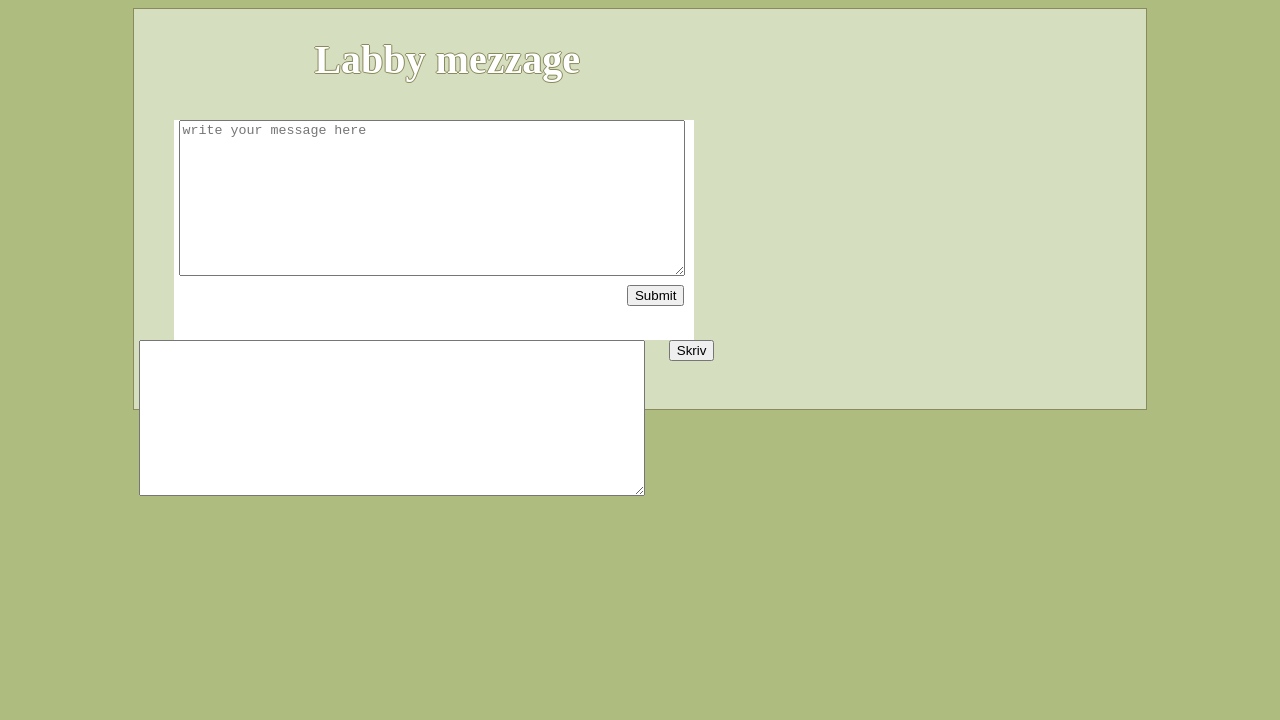
Repository: JuliaSivartsson/1dv403-jsigc09-laborationer
Page: 2-labbymezzage/Extraupgift/index.html
The author's editor kept a record of every edit. The page is drawn from the files as they stood at one moment, then again after the next edit.
The browser window is 1280 px wide. The pictures show the whole page.

Above is the page before.
Console error (its wording comes from the project's code and is left out).

### 2-labbymezzage/Extraupgift/index.html
<!DOCTYPE html>
<html lang="sv">
<head>
	<meta charset="UTF-8" />
    <link rel="stylesheet" type="text/css" href="css/style.css">
 	<title>Labby message</title>
</head>
    <body>
        <div id="content">
            <h1>Labby mezzage</h1>

            <div id="board1">
            <div id="text">
                <div id="count" class="right"></div>
                <form action="post" name="form">
                    <textarea id="messagearea" name="messagearea" placeholder="write your message here"></textarea>
                    <input id="sendmessage" class="right button" type="button" value="Submit">
                </form>
            </div>
            <div id="viewmessages">


            </div>
        </div>

    	  <script src="js/MessageBoard.js"></script>
    	  <script src="js/Message.js"></script>

    </body>
<footer>
    <p>Developed by Julia Sivartsson</p>
</footer>
</html>

### 2-labbymezzage/Extraupgift/css/style.css
body{
    background-color: #AEBC80;
       font-family: serif;
       color: #8A8A5C;
}

h1{
   color: #fff;
   margin-left: 180px;
   font-size: 40px;
    text-shadow: -1px 0 #8A8A5C, 0 1px #8A8A5C, 1px 0 #8A8A5C, 0 -1px #8A8A5C;
}

#content{
    width: 80%;
    height: 400px;
    margin: 0 auto;
    border: 1px solid #8A8A5C;
    background-color: #D6DEC0;

}

#board1{
    float: left;
}

#board2{
    float: right;
}

#text{
    width: 520px;
    height: 220px;
    background-color: #fff;
    margin: 10px 20px 0 40px;
}

#text p{
    font-size: 15px;
    margin: 0 30px;
    padding-top: 10px;
}

#viewmessages{
    background-color: #D6DEC0;
    padding-left: 10px;
}

textarea{
    margin: 0 5px 5px;
    width: 500px;
    height: 150px;
}

footer{
    position: relative;
    top: -330px;
    width: 500px;
    height: 30px;
    margin: 0 auto;
}

footer p{
    font-size: 12px;
    font-style: italic;
    text-align: center;
}

.right{
    float: right;
    margin-right: 10px;
}

.button{
    float: right;
}

span{
    font-size: 10px;
}

### 2-labbymezzage/Extraupgift/js/MessageBoard.js
"use strict";

window.onload = function(){
    new MessageBoard("board1");
    new MessageBoard("board2");
    };

function MessageBoard(containerId){
    this.rootId = document.getElementById(containerId);
    this.messages = [];

    //Run methods on creation
    this.drawBoards();
    this.renderMessages();
}



MessageBoard.prototype.createMessage = function(){
        //Skapa nytt meddelande
        var text;
        var newMessage;

        text = this.rootId.getElementsByClassName("textarea")[0];
        console.log(text.value);

        //Är fältet tomt så händer ingenting
        if(text !== ""){
            newMessage = new Message(text, new Date());
        }



        this.messages.push(newMessage);
        this.renderMessages();

        text = "";
};

MessageBoard.prototype.renderMessage = function(messageID){
        //Skriv ut ETT meddelande

        var that = this;

        var mezzageShow = document.createElement("div");

        var viewmessages;
        var imgClock;
        var aClock;
        var imgRemove;
        var aRemove;
        var messageText;
        var spanTime;
        var time;
        var hr;



        MessageBoard.count();

    //Tidknapp
        imgClock = document.createElement("img");
        imgClock.setAttribute("src", "img/clock1.png");
        imgClock.setAttribute("alt", "Time");

        aClock = document.createElement("a");
        aClock.setAttribute("href", "#");
        aClock.setAttribute("class", "right");
        aClock.appendChild(imgClock);

        aClock.onclick = function(){
            alert(MessageBoard.messages[messageID].getDateText());
        };

    //Ta bort knapp
        imgRemove = document.createElement("img");
        imgRemove.setAttribute("src", "img/remove1.png");
        imgRemove.setAttribute("alt", "delete");

        aRemove = document.createElement("a");
        aRemove.setAttribute("href", "#");
        aRemove.setAttribute("class", "right");
        aRemove.appendChild(imgRemove);

        aRemove.onclick = function(){
            if(confirm("Are you sure you want to delete this message?")){
                MessageBoard.deleteMessage(messageID);
            }
            else{

            }
        };

    //Meddelandetext
        messageText = document.createElement("p");
        messageText.innerHTML = MessageBoard.messages[messageID].getHTMLText();
        var ourTime = new Date();

    //Tidsstämpel
        spanTime = document.createElement("span");
        time = ourTime.toLocaleTimeString();
        spanTime.innerHTML = time;

    //HR-tagg
        hr = document.createElement("hr");

        mezzageShow.appendChild(aClock);
        mezzageShow.appendChild(aRemove);
        mezzageShow.appendChild(messageText);
        mezzageShow.appendChild(spanTime);
        mezzageShow.appendChild(hr);

};

MessageBoard.prototype.renderMessages = function(){
        //Skriv ut ALLA meddelanden
        var that = this;

        var messageShow = document.getElementsByClassName("textarea")[0];
        var messageCount = document.getElementsByClassName("count")[0];

        //Rensar från tidigare utskrifter
        messageShow.innerHTML = "";
        messageCount = 0;

        var messageText = "";
        this.messages.forEach( function(message){

        });

        messageCount.innerHTML = this.count();
};

MessageBoard.prototype.deleteMessage = function(){
        //Radera meddelande
        MessageBoard.messages.splice(messageID, 1);
        MessageBoard.count();
        MessageBoard.renderMessages();
        //console.log("Deleted message " + messageID.innerHTML);
};

MessageBoard.prototype.count = function(){
        //Räknar antal meddelande
        return this.messages.length + " messages";
};


MessageBoard.prototype.drawBoards = function(){
            var that = this;
        var mezzageMain = document.createElement("div");
        mezzageMain.className = "text";
        this.rootId.appendChild(mezzageMain);

        var mezzageCount = document.createElement("div");
        mezzageCount.className = "count";
        this.rootId.appendChild(mezzageCount);

        var mezzageTextarea = document.createElement("textarea");
        mezzageTextarea.className = "textarea";
        mezzageTextarea.onkeypress = function(e){
            if(e.keyCode == 13 && !e.shiftKey){
                console.log("enter pressed");
                e.preventDefault();
                that.createMessage();
            }
        };

        this.rootId.appendChild(mezzageTextarea);

        that.count();

        //Referens till submit-knappen
        var mezzageButton = document.createElement("button");
        mezzageButton.className = "button";
        var buttonText = document.createTextNode("Skriv");
        mezzageButton.appendChild(buttonText);

        this.rootId.appendChild(mezzageButton);

        mezzageButton.onclick = function(e){
            that.createMessage();
        };

};

### 2-labbymezzage/Extraupgift/js/Message.js
"use strict";

function Message(message, date){

    this.getText = function(){
        return message;
    }

    this.setText = function(_text){
        message = _text;
    }

    this.getDate = function(){
        return date;
    }

    this.setDate = function(_date){
        date = _date;
    }

}

Message.prototype.toString = function(){
    return this.getText() + " ("+this.getDate()+")";
}

Message.prototype.getHTMLText = function(){
    return this.getText().replace(/[\n]/g, "<br />");
}

Message.prototype.getDateText = function(){
	var i = this.getDate().getMonth();
	var months = ["january", "february", "march", "april", "may", "june", "july", "august", "september", "october", "november", "december"];

	return	"Created "+this.getDate().getDate()+" " +months[i]+" "+this.getDate().getFullYear()+" at "+this.getDate().toLocaleTimeString();
}

After the next edit:
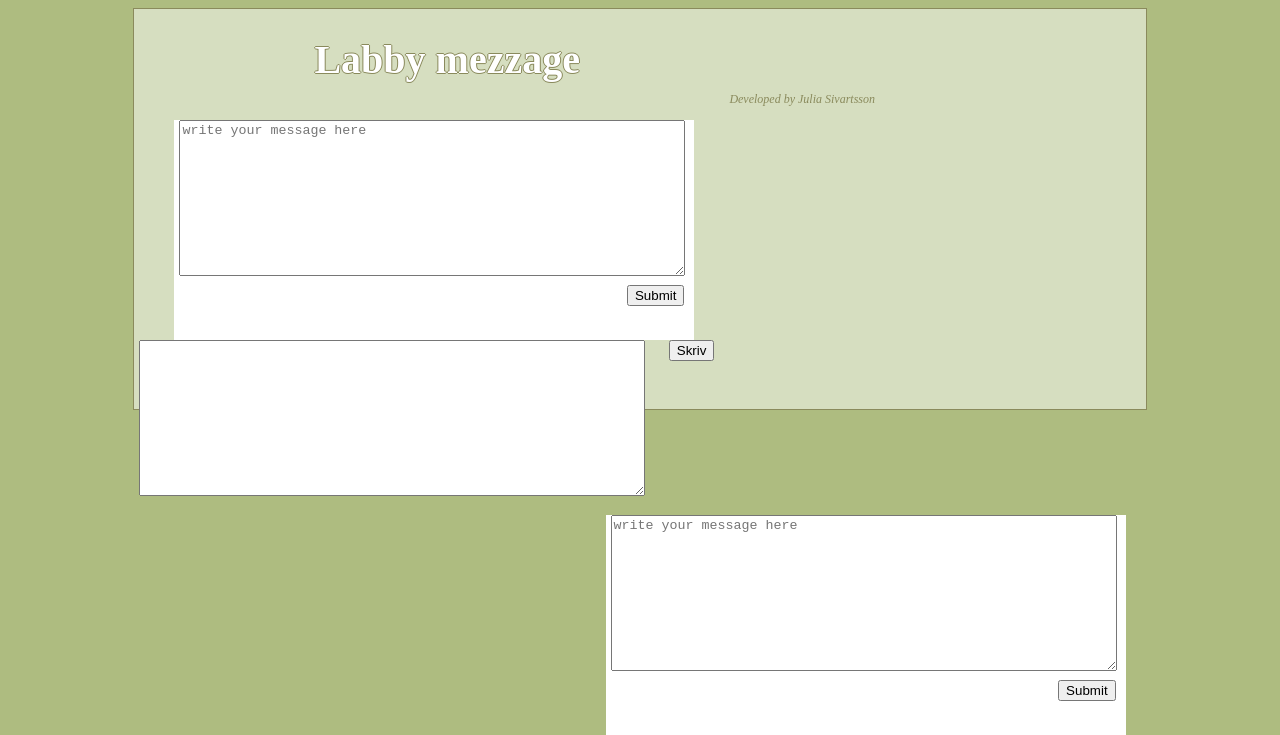
The edit:
--- a/2-labbymezzage/Extraupgift/index.html
+++ b/2-labbymezzage/Extraupgift/index.html
@@ -10,16 +10,30 @@
             <h1>Labby mezzage</h1>
 
             <div id="board1">
-            <div id="text">
-                <div id="count" class="right"></div>
-                <form action="post" name="form">
-                    <textarea id="messagearea" name="messagearea" placeholder="write your message here"></textarea>
-                    <input id="sendmessage" class="right button" type="button" value="Submit">
-                </form>
-            </div>
-            <div id="viewmessages">
+                <div id="text">
+                    <div id="count" class="right"></div>
+                    <form action="post" name="form">
+                        <textarea id="messagearea" name="messagearea" placeholder="write your message here"></textarea>
+                        <input id="sendmessage" class="right button" type="button" value="Submit">
+                    </form>
+                </div>
+                <div id="viewmessages">
 
 
+                </div>
+            </div>
+            <div id="board2">
+                <div id="text">
+                    <div id="count" class="right"></div>
+                    <form action="post" name="form">
+                        <textarea id="messagearea" name="messagearea" placeholder="write your message here"></textarea>
+                        <input id="sendmessage" class="right button" type="button" value="Submit">
+                    </form>
+                </div>
+                <div id="viewmessages">
+
+
+                </div>
             </div>
         </div>
 
